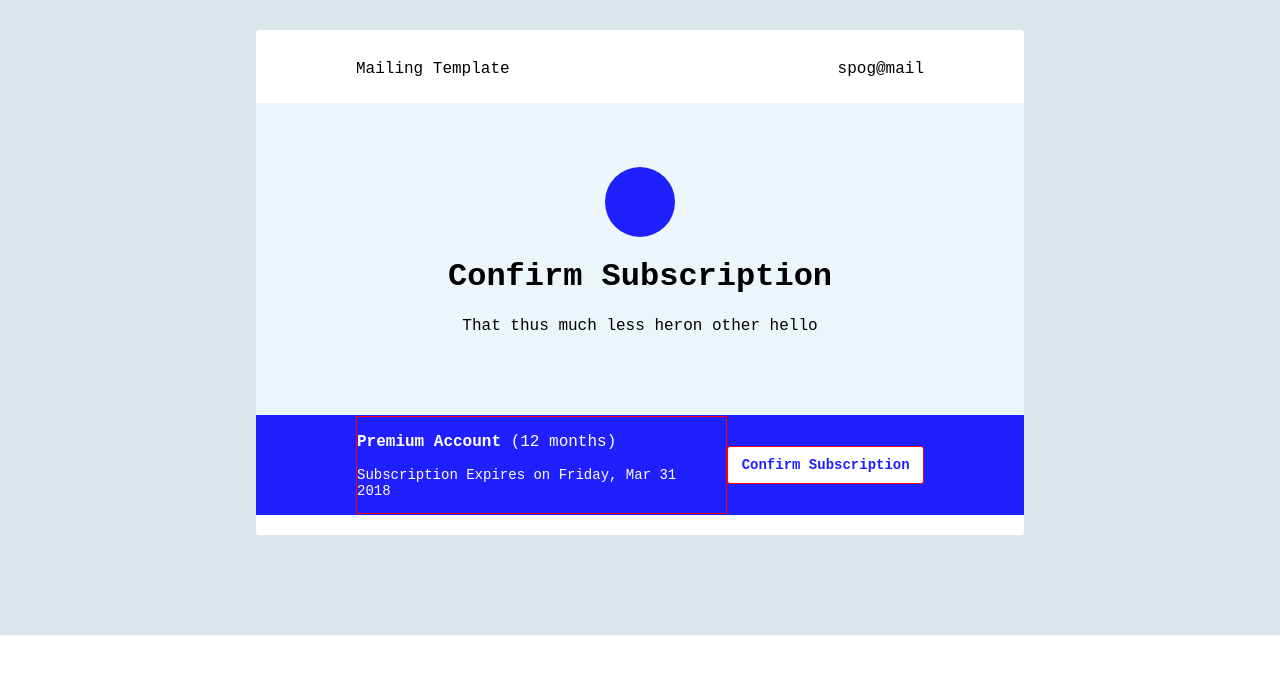
Repository: Lecon-Git/Appmail-Template
Page: mail.html
These files come from the project's save history. The page is drawn as it stood at one moment and after the next save; the edit follows.
The browser window is 1280 px wide. The pictures show the whole page.

Above is the page before, as saved 2021-11-01 22:05:59.

After the next save:
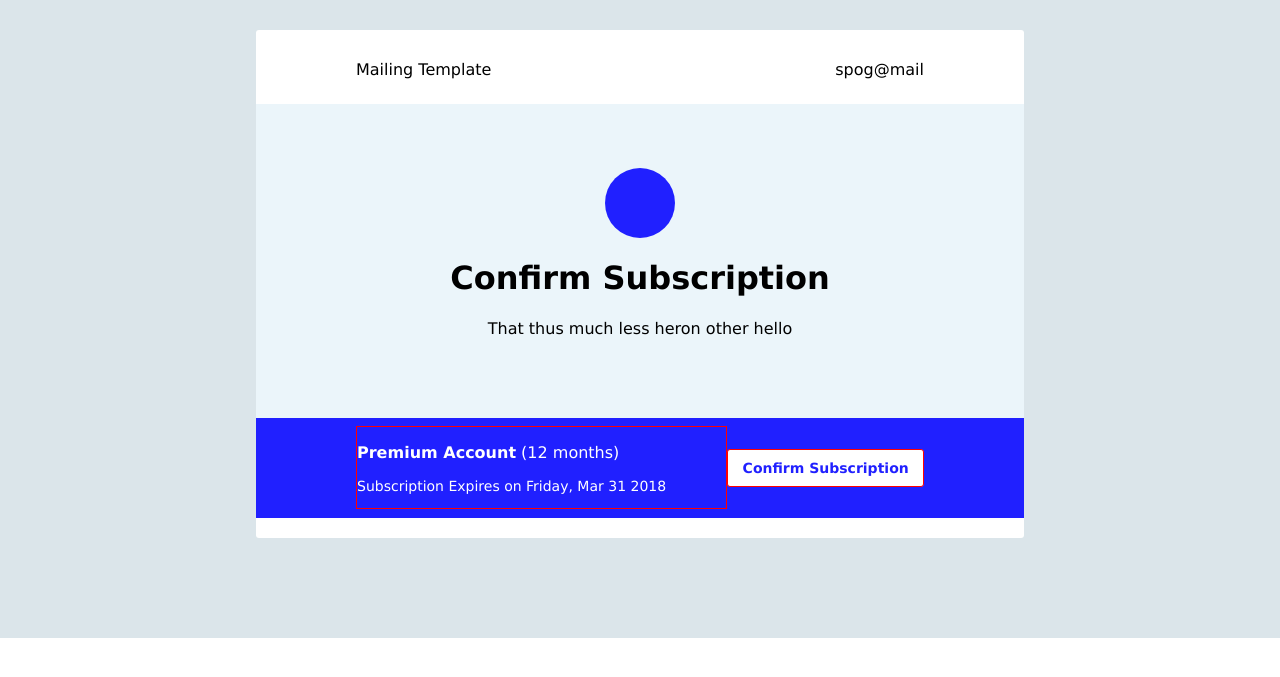
Saved 44 s later.
--- a/css/mail.css
+++ b/css/mail.css
@@ -1,6 +1,6 @@
 body {
     margin: 0;
-    font-family: "Courier New", Courier, monospace;
+    font-family: Verdana, "Courier New", Courier, monospace;
 }
 
 .container {
